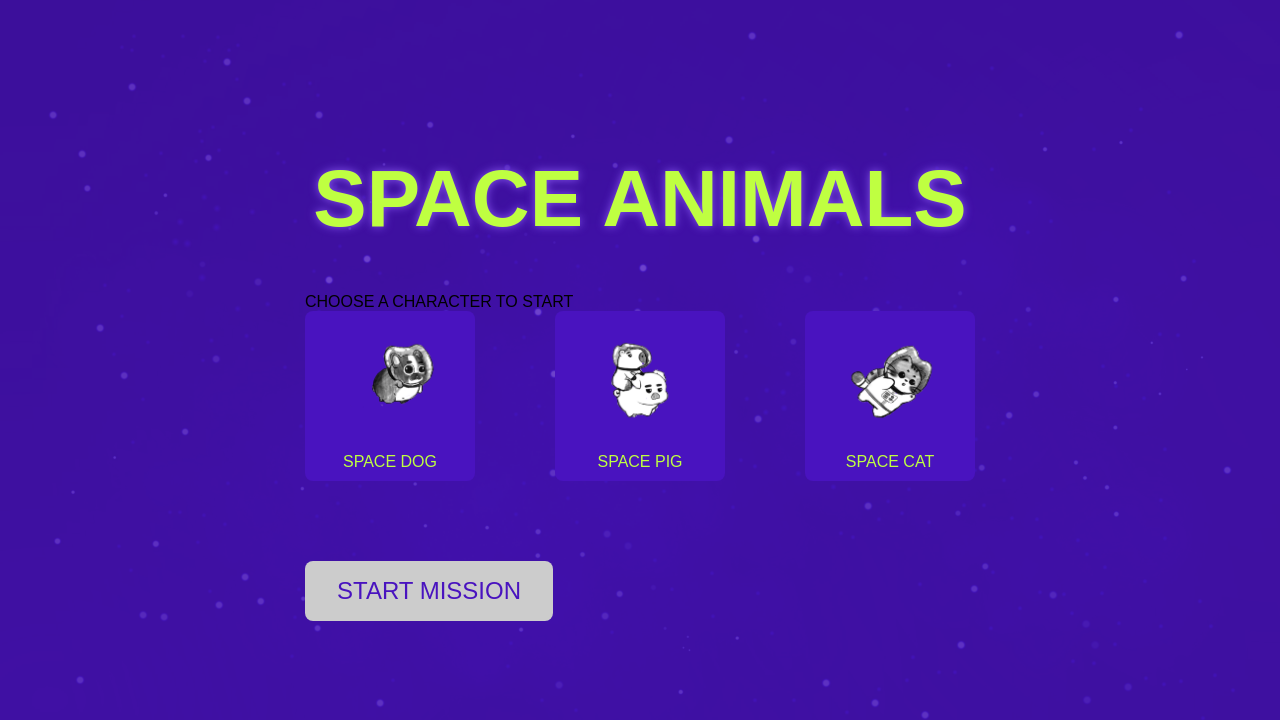
Repository: brunaguarizo/SpaceFarm
Page: index.html
The author's editor kept a copy of each file at every save. The page is drawn from the files as they stood at one save, then again after the next save.
The browser window is 1280 px wide. The pictures show the whole page.
Some web fonts or font styles are not loaded; a fallback is used.

Above is the page before, as saved 2025-04-24 15:40:17.

### index.html
<!DOCTYPE html>
<html lang="en">
    <head>
        <meta charset="UTF-8" />
        <meta
            name="viewport"
            content="width=device-width, initial-scale=1.0" />
        <title>Space Adventure</title>
        <link
            rel="stylesheet"
            href="styles.css" />

        <link
            rel="preconnect"
            href="https://fonts.googleapis.com" />
        <link
            rel="preconnect"
            href="https://fonts.gstatic.com"
            crossorigin />
        <link
            href="https://fonts.googleapis.com/css2?family=Ranchers&display=swap"
            rel="stylesheet" />
    </head>
    <body>
        <div id="game-container">
            <!-- Character Selection Screen -->
            <div id="character-select">
                <h1> SPACE ANIMALS</h1>
                <div class="text"> CHOOSE A CHARACTER TO START<div/>
                <div class="character-options">
                    <div
                        class="character-option"
                        data-character="astronaut">
                        <div class="character-img">
                            <img
                                src="img/dog.png"
                                alt="Space Dog" />
                        </div>
                        <div class="character-label">SPACE DOG</div>
                    </div>
                    <div
                        class="character-option"
                        data-character="alien">
                        <div class="character-img">
                            <img
                                src="img/pig.png"
                                alt="Space Pig" />
                        </div>
                        <div class="character-label">SPACE PIG</div>
                    </div>
                    <div
                        class="character-option"
                        data-character="robot">
                        <div class="character-img">
                            <img
                                src="img/cat.png"
                                alt="Space Cat" />
                        </div>
                        <div class="character-label">SPACE CAT</div>
                    </div>
                </div>
                <button
                    id="confirm-btn"
                    disabled>
                    Start Mission
                </button>
            </div>

            <!-- Game Screen -->
            <div id="game-screen">
                <div id="player"></div>
                <div id="score-container">
                    <div id="score">Score: 0</div>
                    <button id="pause-btn">Pause</button>
                </div>
            </div>

            <!-- Pause Screen -->
            <div id="pause-screen">
                <h2>Game Paused</h2>
                <button id="resume-btn">Resume</button>
            </div>

            <!-- Game Over Screen -->
            <div id="game-over">
                <h2>Game Over</h2>
                <div id="final-score">Score: 0</div>
                <button id="restart-btn">Play Again</button>
            </div>
        </div>

        <script src="script.js"></script>
    </body>
</html>

### styles.css
body {
    margin: 0;
    padding: 0;
    overflow: hidden;
    font-family: var(--font-family);
    background-color: var(--mid-green);
}

#game-container {
    position: relative;
    width: 100vw;
    height: 100vh;
    background-image: url("img/space-bg.jpg");
    background-size: cover;
    overflow: hidden;
    justify-content: center;
}

/* ------------------------- Character Selection Screen ------------------------- */
#character-select {
    position: absolute;
    width: 100%;
    height: 100%;
    display: flex;
    flex-direction: column;
    justify-content: center;
    align-items: center;
    z-index: 10;
    background-color: rgba(
        73,
        19,
        191,
        0.8
    ); /* Using dark-purple with opacity */
}

#character-select h1 {
    color: var(--light-green);
    font-size: var(--header);
    margin-bottom: var(--space-large);
    text-shadow: 0 0 10px var(--mid-purple);
    text-align: center;
    text-transform: uppercase;
}

h2 {
    color: var(--light-green);
    font-size: var(--text);
    margin-bottom: var(--space-extra-large);
    text-shadow: 0 0 10px var(--mid-purple);
    text-align: center;
    text-transform: uppercase;
}

.character-options {
    display: flex;
    gap: var(--space-extra-large);
    margin-bottom: var(--space-extra-large);
}

.character-option {
    width: 150px;
    height: 150px;
    background-color: var(--dark-purple);
    border-radius: var(--space-small);
    display: flex;
    flex-direction: column;
    align-items: center;
    justify-content: center;
    cursor: pointer;
    transition: transform 0.3s, box-shadow 0.3s;
    padding: var(--space-small);
    border: 2px solid transparent;
    gap: var(--space-small);
}

.character-option:hover {
    transform: scale(1.05);
    box-shadow: 0 0 15px var(--light-purple);
}

.character-option.selected {
    border-color: var(--light-green);
    box-shadow: 0 0 20px var(--light-green);
}

.character-img {
    width: 100%;
    height: 100%;
    display: block;
}

.character-img img {
    width: 100%;
    height: 100%;
    object-fit: contain;
}

.character-label {
    color: var(--light-green);
    font-size: 16px;
    text-align: center;
    text-transform: uppercase;
}

#confirm-btn {
    padding: var(--space-regular) var(--space-medium);
    background-color: var(--light-green);
    color: var(--dark-purple);
    border: none;
    border-radius: var(--space-small);
    font-size: var(--text);
    font-family: var(--font-family);
    cursor: pointer;
    transition: background-color 0.3s;
    text-transform: uppercase;
}

#confirm-btn:hover {
    background-color: var(--mid-green);
}

#confirm-btn:disabled {
    background-color: #cccccc;
    cursor: not-allowed;
}

/* ------------------------- Game Screen -------------------------*/
#game-screen {
    display: none;
    position: absolute;
    width: 100%;
    height: 100%;
    z-index: 5;
}

#player {
    position: absolute;
    width: var(--space-large);
    height: var(--space-large);
    left: var(--space-extra-large);
    top: 50%;
    transform: translateY(-50%);
    line-height: 1;
    z-index: 5;
}

#player img {
    width: 100%;
    height: 100%;
    object-fit: contain;
}

.asteroid {
    position: absolute;
    width: var(--space-medium);
    height: var(--space-medium);
    border-radius: 50%;
    overflow: hidden;
    box-shadow: 0 0 15px var(--light-purple);
}

.asteroid img {
    width: 100%;
    height: 100%;
    object-fit: cover;
}

#score-container {
    position: absolute;
    top: var(--space-regular);
    right: var(--space-regular);
    display: flex;
    align-items: center;
    gap: var(--space-regular);
    z-index: 5;
}

#score {
    color: var(--light-green);
    font-size: var(--text);
    font-weight: bold;
    background-color: var(--dark-purple);
    padding: var(--space-small) var(--space-regular);
    border-radius: var(--space-small);
    border: 2px solid var(--light-green);
    text-transform: uppercase;
}

#pause-btn {
    background-color: var(--dark-purple);
    color: var(--light-green);
    border: 2px solid var(--light-green);
    border-radius: var(--space-small);
    font-size: var(--text);
    font-family: var(--font-family);
    padding: var(--space-small) var(--space-regular);
    cursor: pointer;
    transition: all 0.3s;
    text-transform: uppercase;
}

#pause-btn:hover {
    background-color: var(--mid-purple);
    box-shadow: 0 0 10px var(--light-purple);
}

/* ------------------------- Game Over Screen ------------------------- */
#game-over {
    display: none;
    position: absolute;
    top: 0;
    left: 0;
    width: 100%;
    height: 100%;
    background-color: rgba(
        73,
        19,
        191,
        0.8
    ); /* Using dark-purple with opacity */
    z-index: 15;
    flex-direction: column;
    justify-content: center;
    align-items: center;
}

#game-over h2 {
    color: var(--light-pink);
    font-size: var(--header);
    margin-bottom: var(--space-regular);
    text-shadow: 0 0 10px var(--mid-pink);
}

#final-score {
    color: var(--light-green);
    font-size: var(--text);
    margin-bottom: var(--space-extra-large);
}

#restart-btn {
    padding: var(--space-regular) var(--space-medium);
    background-color: var(--light-green);
    color: var(--dark-purple);
    border: none;
    border-radius: var(--space-small);
    font-size: var(--text);
    font-family: var(--font-family);
    cursor: pointer;
    transition: background-color 0.3s;
}

#restart-btn:hover {
    background-color: var(--mid-green);
}

/* Utility Classes */
.invisible {
    opacity: 0;
}

/* Pause Screen */
#pause-screen {
    display: none;
    position: absolute;
    top: 0;
    left: 0;
    width: 100%;
    height: 100%;
    background-color: rgba(
        73,
        19,
        191,
        0.8
    ); /* Using dark-purple with opacity */
    z-index: 12;
    flex-direction: column;
    justify-content: center;
    align-items: center;
    color: var(--light-green);
}

#pause-screen h2 {
    font-size: var(--header);
    margin-bottom: var(--space-extra-large);
}

#resume-btn {
    padding: var(--space-regular) var(--space-medium);
    background-color: var(--light-green);
    color: var(--dark-purple);
    border: none;
    border-radius: var(--space-small);
    font-size: var(--text);
    font-family: var(--font-family);
    cursor: pointer;
    transition: background-color 0.3s;
}

#resume-btn:hover {
    background-color: var(--mid-green);
}

/* --------------------------- variables  --------------------------- */
:root {
    --font-family: "Ranchers", sans-serif;
    --header: 80px;
    --text: 24px;

    --light-green: #bfff41;
    --mid-green: #a3de1a;
    --dark-green: #46b800;
    --light-pink: #ffc2ec;
    --mid-pink: #f0429c;
    --dark-pink: #910b64;
    --light-purple: #dcccff;
    --mid-purple: #8655ef;
    --dark-purple: #4913bf;

    --space-extra-small: 4px;
    --space-small: 8px;
    --space-regular: 16px;
    --space-medium: 32px;
    --space-large: 48px;
    --space-extra-large: 80px;
    --space-huge: 160px;
}

### script.js
// Game variables
let selectedCharacter = "";
let score = 0;
let playerElement;
let gameRunning = false;
let isPaused = false;
let playerY;
let asteroids = [];
let gameLoopInterval;
let asteroidInterval;
let gameHeight;
let gameWidth;

// Character image mapping - using the exact filenames from the img folder
const characterImages = {
    astronaut: "img/dog.png",
    alien: "img/pig.png",
    robot: "img/cat.png",
};

// Planet image options - using the exact filenames from the img folder
const planetImages = [
    "img/planet1.png",
    "img/planet2.png",
    "img/planet3.png",
    "img/planet4.png",
    "img/planet5.png",
    "img/planet6.png",
];

// DOM elements
const characterOptions = document.querySelectorAll(".character-option");
const confirmBtn = document.getElementById("confirm-btn");
const characterSelectScreen = document.getElementById("character-select");
const gameScreen = document.getElementById("game-screen");
const pauseBtn = document.getElementById("pause-btn");
const pauseScreen = document.getElementById("pause-screen");
const resumeBtn = document.getElementById("resume-btn");
const gameOverScreen = document.getElementById("game-over");
const finalScoreDisplay = document.getElementById("final-score");
const restartBtn = document.getElementById("restart-btn");
const scoreDisplay = document.getElementById("score");

// Initialize the game
function init() {
    console.log("Game initializing...");

    // Character selection event listeners
    characterOptions.forEach((option) => {
        option.addEventListener("click", () => {
            console.log("Character option clicked:", option.dataset.character);
            // Remove selected class from all options
            characterOptions.forEach((opt) => opt.classList.remove("selected"));
            // Add selected class to clicked option
            option.classList.add("selected");
            // Store selected character
            selectedCharacter = option.dataset.character;
            // Enable confirm button
            confirmBtn.disabled = false;
        });
    });

    // Confirm button event listener
    confirmBtn.addEventListener("click", startGame);

    // Pause button event listener
    pauseBtn.addEventListener("click", togglePause);

    // Resume button event listener
    resumeBtn.addEventListener("click", togglePause);

    // Restart button event listener
    restartBtn.addEventListener("click", restartGame);

    // Keyboard event listeners
    document.addEventListener("keydown", handleKeyPress);

    console.log("Game initialized successfully");
}

// Start the game
function startGame() {
    console.log("Starting game with character:", selectedCharacter);

    // Hide character selection screen
    characterSelectScreen.style.display = "none";
    // Show game screen
    gameScreen.style.display = "block";

    // Set up player
    playerElement = document.getElementById("player");
    const playerImagePath = characterImages[selectedCharacter];
    console.log("Loading player image:", playerImagePath);

    // Create image element with error handling
    const playerImg = document.createElement("img");
    playerImg.src = playerImagePath;
    playerImg.alt = "Player";
    playerImg.onerror = function () {
        console.error("Error loading player image:", playerImagePath);
        // Fallback to text if image fails to load
        playerElement.innerHTML = "Player";
    };
    playerElement.innerHTML = "";
    playerElement.appendChild(playerImg);

    // Initialize variables
    gameHeight = window.innerHeight;
    gameWidth = window.innerWidth;
    score = 0;
    updateScore();
    playerY = gameHeight / 2;
    gameRunning = true;
    isPaused = false;
    asteroids = [];

    // Position player
    updatePlayerPosition();

    // Start game loop
    gameLoopInterval = setInterval(gameLoop, 16); // ~60fps

    // Start spawning planets
    spawnPlanet(); // Spawn first planet immediately
    asteroidInterval = setInterval(spawnPlanet, 1500); // Then every 1.5 seconds

    console.log("Game started successfully");
}

// Game loop
function gameLoop() {
    if (!gameRunning || isPaused) return;

    // Move planets
    movePlanets();

    // Check collisions
    checkCollisions();
}

// Handle keyboard input
function handleKeyPress(e) {
    if (!gameRunning || isPaused) return;

    const moveDistance = 20;

    if (e.key === "ArrowUp" || e.key === "w") {
        // Move up
        playerY = Math.max(50, playerY - moveDistance);
        updatePlayerPosition();
    } else if (e.key === "ArrowDown" || e.key === "s") {
        // Move down
        playerY = Math.min(gameHeight - 50, playerY + moveDistance);
        updatePlayerPosition();
    }
}

// Update player position on screen
function updatePlayerPosition() {
    playerElement.style.top = `${playerY}px`;
}

// Spawn a new planet
function spawnPlanet() {
    if (!gameRunning || isPaused) return;

    // Create planet element
    const planet = document.createElement("div");
    planet.classList.add("asteroid"); // Keep the same class for styling

    // Set random planet type
    const planetType =
        planetImages[Math.floor(Math.random() * planetImages.length)];
    console.log("Loading planet image:", planetType);

    // Create image element with error handling
    const planetImg = document.createElement("img");
    planetImg.src = planetType;
    planetImg.alt = "Planet";
    planetImg.onerror = function () {
        console.error("Error loading planet image:", planetType);
        // Fallback to text if image fails to load
        planet.innerHTML = "Planet";
    };
    planet.appendChild(planetImg);

    // Set random position (y-axis)
    const planetY = Math.random() * (gameHeight - 100) + 50;

    // Set planet properties
    planet.style.left = `${gameWidth}px`;
    planet.style.top = `${planetY}px`;

    // Add to game screen
    gameScreen.appendChild(planet);

    // Add to asteroids array (keep the same array for simplicity)
    asteroids.push({
        element: planet,
        x: gameWidth,
        y: planetY,
        speed: Math.random() * 2 + 3, // Random speed between 3-5
        passed: false,
    });
}

// Move all planets
function movePlanets() {
    for (let i = asteroids.length - 1; i >= 0; i--) {
        const planet = asteroids[i];

        // Move planet
        planet.x -= planet.speed;
        planet.element.style.left = `${planet.x}px`;

        // Check if planet passed the player
        if (!planet.passed && planet.x < 100) {
            planet.passed = true;
            score += 10;
            updateScore();
        }

        // Remove planet if it's off-screen
        if (planet.x < -50) {
            gameScreen.removeChild(planet.element);
            asteroids.splice(i, 1);
        }
    }
}

// Check for collisions
function checkCollisions() {
    const playerRect = {
        x: 100,
        y: playerY - 30,
        width: 60,
        height: 60,
    };

    for (const planet of asteroids) {
        const planetRect = {
            x: planet.x,
            y: planet.y - 15,
            width: 30,
            height: 30,
        };

        // Check if player and planet rectangles intersect
        if (
            playerRect.x < planetRect.x + planetRect.width &&
            playerRect.x + playerRect.width > planetRect.x &&
            playerRect.y < planetRect.y + planetRect.height &&
            playerRect.y + playerRect.height > planetRect.y
        ) {
            // Collision detected
            gameOver();
            return;
        }
    }
}

// Update score display
function updateScore() {
    scoreDisplay.textContent = `Score: ${score}`;
}

// Toggle pause state
function togglePause() {
    isPaused = !isPaused;

    if (isPaused) {
        pauseScreen.style.display = "flex";
    } else {
        pauseScreen.style.display = "none";
    }
}

// Game over
function gameOver() {
    gameRunning = false;

    // Clear intervals
    clearInterval(gameLoopInterval);
    clearInterval(asteroidInterval);

    // Remove all planets
    asteroids.forEach((planet) => {
        gameScreen.removeChild(planet.element);
    });
    asteroids = [];

    // Update final score
    finalScoreDisplay.textContent = `Final Score: ${score}`;

    // Show game over screen
    gameOverScreen.style.display = "flex";
}

// Restart game
function restartGame() {
    // Clear planets
    asteroids.forEach((planet) => {
        if (planet.element.parentNode) {
            planet.element.parentNode.removeChild(planet.element);
        }
    });

    // Hide game over screen
    gameOverScreen.style.display = "none";

    // Go back to character selection
    gameScreen.style.display = "none";
    characterSelectScreen.style.display = "flex";

    // Reset character selection
    characterOptions.forEach((opt) => opt.classList.remove("selected"));
    confirmBtn.disabled = true;
    selectedCharacter = "";
}

// Initialize the game when the page loads
window.addEventListener("load", init);

After the next save:
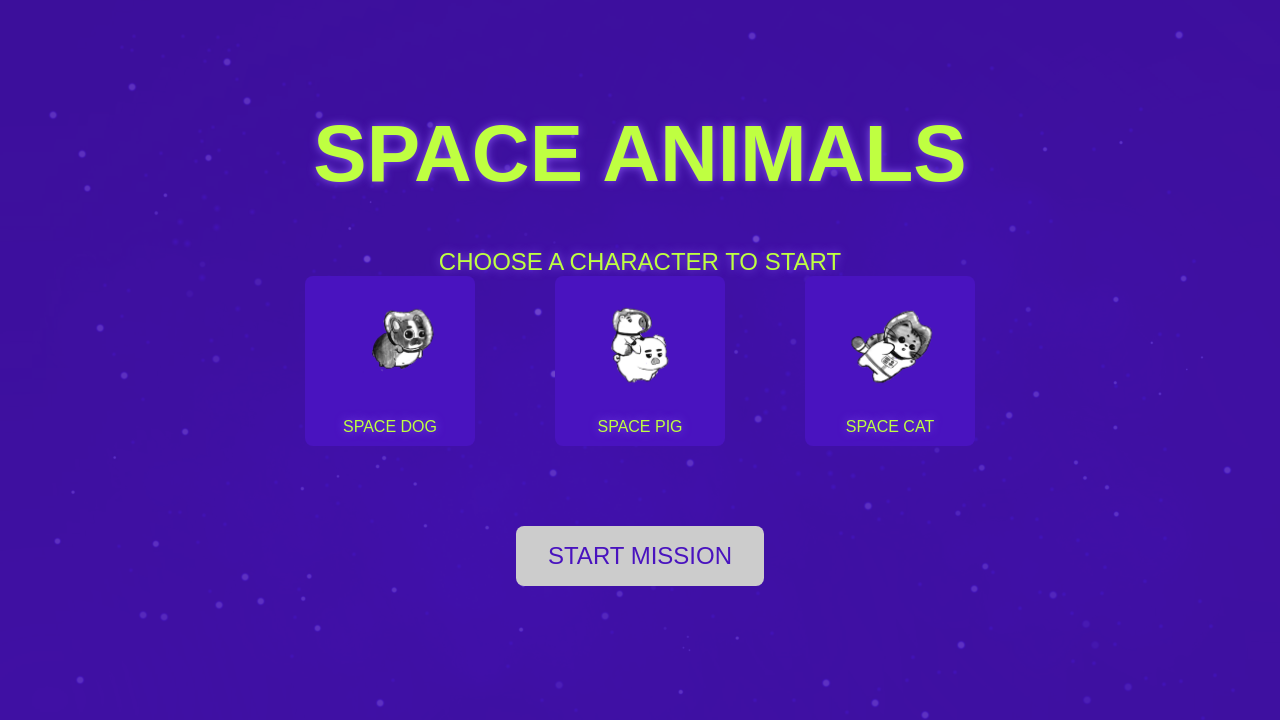
Saved 23 s later.
--- a/styles.css
+++ b/styles.css
@@ -49,7 +49,14 @@ h2 {
     margin-bottom: var(--space-extra-large);
     text-shadow: 0 0 10px var(--mid-purple);
     text-align: center;
-    text-transform: uppercase;
+}
+
+.text {
+    color: var(--light-green);
+    font-size: var(--text);
+    margin-bottom: var(--space-extra-large);
+    text-shadow: 0 0 10px var(--mid-purple);
+    text-align: center;
 }
 
 .character-options {
